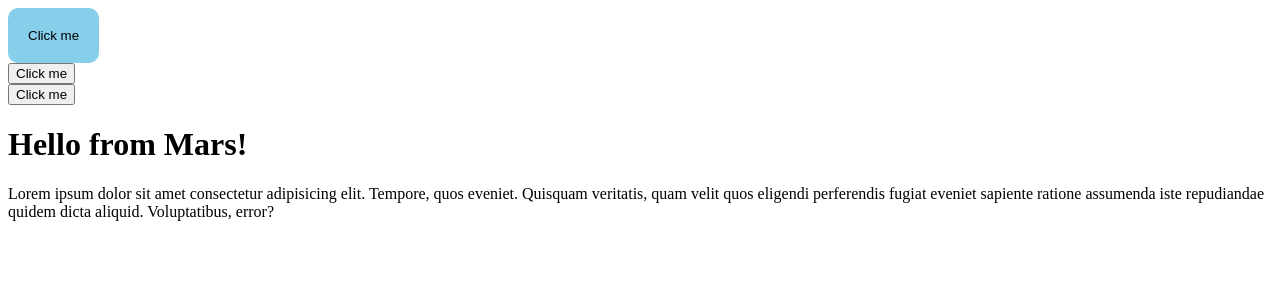
Repository: imokha01/DOM
Page: index.html
The author's editor kept a copy of each file at every save. The page is drawn from the files as they stood at one save, then again after the next save.
The browser window is 1280 px wide. The pictures show the whole page.

Above is the page before, as saved 2023-12-18 12:02:30.
Console error: TypeError: Cannot set properties of undefined (setting 'backgroundColor')

### index.html
<!DOCTYPE html>
<html lang="en">
  <head>
    <meta charset="UTF-8" />
    <meta name="viewport" content="width=device-width, initial-scale=1.0" />
    <title>Document</title>
    <link rel="stylesheet" href="./index.css" />
  </head>
  <body>
    <button>Click me</button> <br>
    <button>Click me</button> <br>
    <button>Click me</button>

    <h1>Hello from Mars!</h1>
    <span class="text-desc" id="main-paragraph">
      Lorem ipsum dolor sit amet consectetur adipisicing elit. Tempore, quos
      eveniet.
    </span>
    <span class="text-desc">
      Quisquam veritatis, quam velit quos eligendi perferendis fugiat eveniet
    </span>
    <span id="without-style">
      sapiente ratione assumenda iste repudiandae quidem dicta aliquid.
      Voluptatibus, error?
    </span>
    <script src="./index.js"></script>
  </body>
</html>

### index.js
const button = document.getElementsByTagName("button")[0]
console.log(button)

button.style.backgroundColor = "skyblue"
button.style.padding = "20px";
button.style.border = "none";
button.style.borderRadius = "10px";

const body = document.getElementsByTagName("body")
body.style.backgroundColor = "red"

Loaded but not shown: index.css (no copy from this time; the picture is the same without it)

After the next save:
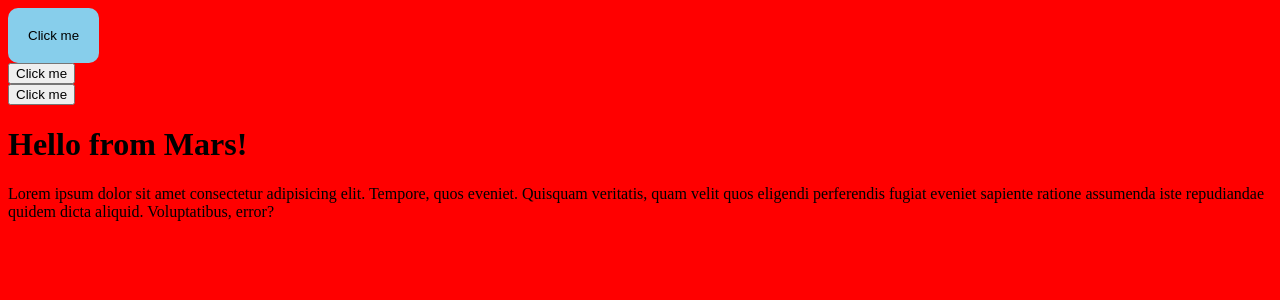
The error is gone.
Saved 49 s later.
--- a/index.js
+++ b/index.js
@@ -6,5 +6,5 @@ button.style.padding = "20px";
 button.style.border = "none";
 button.style.borderRadius = "10px";
 
-const body = document.getElementsByTagName("body")
+const body = document.querySelector("body")
 body.style.backgroundColor = "red"
